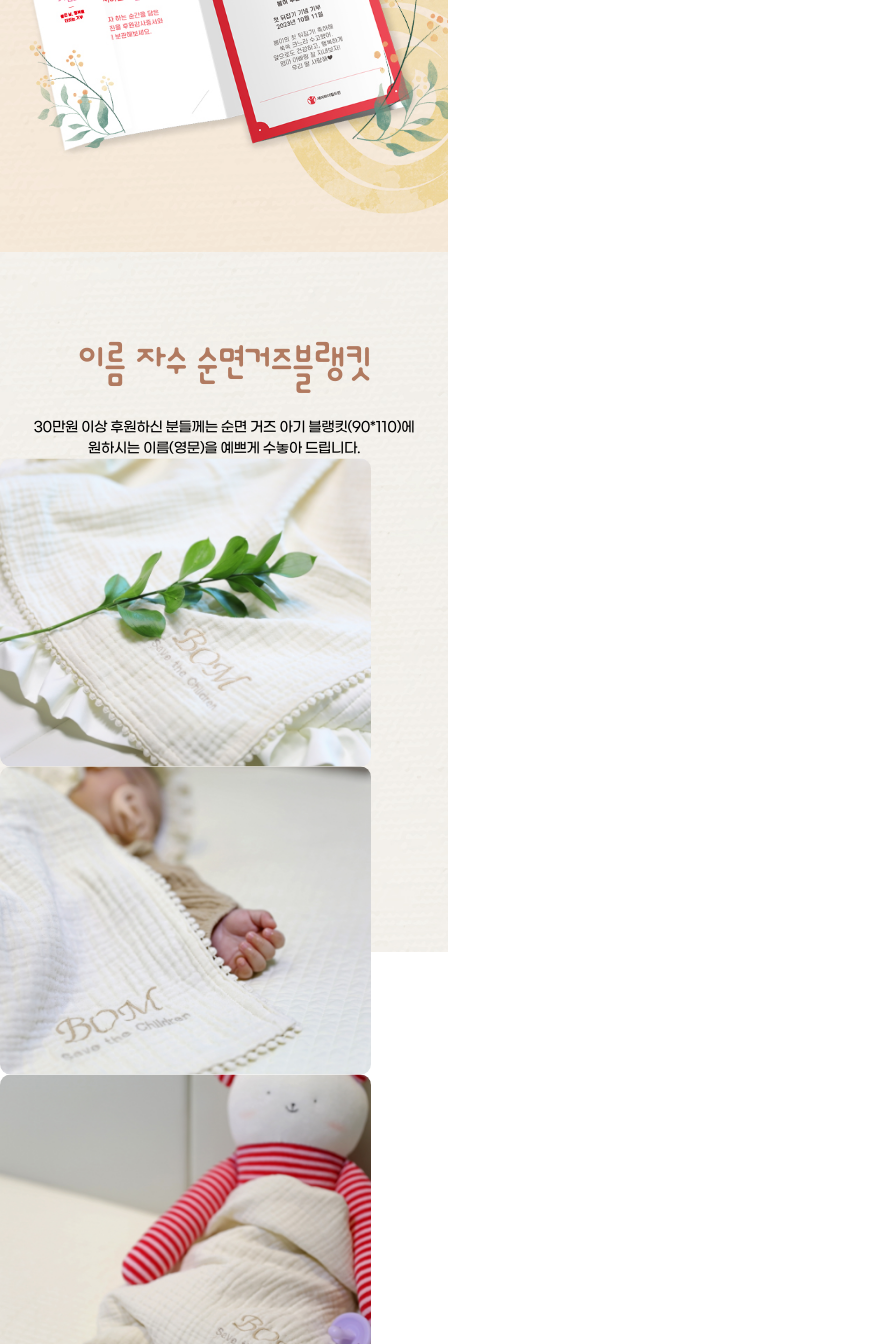
Repository: dlgywls1130/save_children_m
Page: index.html
An editor plug-in stored every save of this project. The page is shown before and after the next save, followed by the edit.
The browser window is 1280 px wide. The pictures show the part of the page from y = 4580 to 6500 px (the page is 9918 px tall), at 70% of full size.

Above is the page before, as saved 2023-12-13 19:24:34.

### index.html
<!DOCTYPE html>
<html lang="en">
<head>
    <meta charset="UTF-8">
    <meta name="viewport" content="width=device-width, initial-scale=1.0">
    <title>세이브더칠드런</title>

    <link rel="stylesheet" href="./css/reset.css">
    <link rel="stylesheet" href="./css/style.css">

</head>
<body>
    <div class="content_body">
        <section class="section_wrapper section01">
            <div class="se01 se_wrapper">
                <div class="se01_sub">
                    <div class="sub_logo">
                        <img src="./img/logo01.png" alt="logo">
                    </div>
                    <p>우리 아기 좋은 날 기부</p>
                </div>
                <p class="seo01_title">
                    아가야,
                </p>
                <p class="seo01_title_two">
                    너의 <span id="rollingText">탄생</span> 순간을 축하해!
                </p>
                <p class="section_descript mb-45">
                    아이의 건강과 행복을
                    <br>바라는 마음을 담아,
                    <br>탄생, 백일, 첫 걸음마, 첫돌 등
                    <br>내 아이의 소중한 순간을
                    <br>기부로 기념해보세요.
                    <br>함께 자라나는 다른 아이들
                    <br>에게도 큰 축복이 됩니다..
                </p>

                <a class="donation_link" href="javascript:void(0)">우리 아기 좋은 날 기부</a>
            </div>
        </section>
        <section class="section_wrapper section02">
            <div class="se02 se_wrapper">
                <div class="postit_wrapper">
                    <div class="postit postit01">
                        <p>우리 아들 우현이의<br>
                        200일을 축하해.<br>
                        건강하게 자라줘서 고마워 ❤<br>
                        늘 사랑받고 받은 사랑만큼<br>
                        베풀 수 있는 건강하고<br>
                        멋진 아들이 되길 바래!</p>
                    </div>
                    <div class="postit postit02">
                        <p>우리 새로아<Br>
                        백일 동안 무럭무럭 자라줘서<Br>
                        고마워~앞으로도 건강하고<Br>
                        우리 같이 재미있게 많이 놀자.<Br>
                        엄마,아빠가 많이 사랑해.</p>
                    </div>

                    <div class="postit postit05">
                        <p>사랑하는 도현이의<br>
                        첫 어린이날과 첫돌을<br>
                        기념하며, <br>
                        이웃을 사랑하는<br>
                        멋진 사람으로 자라길</p>

                    </div>
                    <div class="postit postit04">
                        <p>보미야<br>
                        첫 번째 생일 축하해<br>
                        너의 존재가 온 세상에<br>
                        봄이길 바랄게!   </p>
                    </div>

                    <div class="postit postit03">
                        <p>서진아<br>
                        우리에게 와줘서 고마워<br>
                        건강하고 행복하게 자라렴.<br>
                        사랑해♡      </p>
                    </div>

                </div>

            </div>
        </section>
        <section class="section_wrapper section03">
            <div class="se_wrapper se03">
                <div class="se_title_co">
                    아기의 좋은 날을<br> 기념해 주신 모든 분들께
                    <br>후원감사증서를 보내드립니다.
                </div>
                <div class="se_sub_co">
                    후원감사증서는<Br> 아기에게 남기고 싶은 메시지와 아기의 좋은 날이 담긴 사진을<br> 보관할 수 있도록
                    만들어드립니다.<br> 먼 훗날, 아기가 성장해 읽게 될 날을 그리며 편지를 써보세요.
                </div>
            </div>

        </section>
        <section class="section_wrapper section04">
            <div class="se_wrapper se04">
                <div class="se_title_co">
                    이름 자수 순면거즈블랭킷
                </div>
                <div class="se_sub_co">
                    30만원 이상 후원하신 분들께는 순면 거즈 아기 블랭킷(90*110)에
                    <Br>원하시는 이름(영문)을 예쁘게 수놓아 드립니다.
                </div>

                <div class="se04_slide mt-85">
                    <div class="se04_slide_list">
                        <img src="./img/slide01.jpg">
                    </div>
                    <div class="se04_slide_list">
                        <img src="./img/slide02.jpg">
                    </div>
                    <div class="se04_slide_list">
                        <img src="./img/slide03.jpg">
                    </div>
                </div>
            </div>
        </section>
        <section class="section_wrapper section05">
            <div class="se_wrapper se05">
                <div class="se_title_co">
                    후원신청 과정
                </div>

                <div class="se_step_list">
                    <div class="se_step">
                        <p class="step_number">1</p>
                        <div class="step_ico">
                            <img src="./img/icon01.png" alt="img">
                        </div>
                        <p class="step_descript">
                            후원신청하기
                        </p>
                    </div>
                    <div class="se_step">
                        <p class="step_number">2</p>
                        <div class="step_ico">
                            <img src="./img/icon02.png" alt="img">
                        </div>
                        <p class="step_descript">
                            후원감사증서
                            <br>메시지 적기
                        </p>
                    </div>
                    <div class="se_step">
                        <p class="step_number">3</p>
                        <div class="step_ico">
                            <img src="./img/icon03.png" alt="img">
                        </div>
                        <p class="step_descript">
                            신청완료
                        </p>
                    </div>
                    <div class="se_step">
                        <p class="step_number">4</p>
                        <div class="step_ico">
                            <img src="./img/icon04.png" alt="img">
                        </div>
                        <p class="step_descript">
                            후원감사증서 발송
                            <Br>(1주 이내)
                        </p>
                    </div>
                </div>

                <div class="se_sub_co mt-100">
                    30만원 이상 후원해 주신 경우,
                    <br>감사 선물 수령 주소 및 아기 블랭킷에 새겨질 문구 확인을 위한 문자가 발송됩니다.
                </div>

                <a class="donation_link" href="javascript:void(0)">우리 아기 좋은 날 기부</a>
            </div>

        </section>
        <section class="section_wrapper section06">
            <div class="se_wrapper se06">
                <div class="se_title_co">
                    후원금, 이렇게 쓰여요!
                </div>
                <div class="se_sub_co">
                    세이브더칠드런은 <span>국내외 아동을 위한 교육,
                    <Br>보호, 보건영양지원, 아동권리옹호</span> 등의 활동을 해나가고 있습니다.
                </div>
                <div class="se_sub_co">
                    보내주신 후원금은 정치, 종교, 인종에 관계없이 모든 아이를 구해야 한다는
                    <Br>세이브더칠드런의 신념에 따라 <span>가장 도움 필요한 아이를 위해 우선 사용</span>됩니다.
                </div>
            </div>

        </section>
        <section class="section_wrapper section07">
            <div class="se_wrapper se07">
                <div class="se_title_co">
                    FAQ
                </div>
                <div class="accordion">
                    <div class="accordion-item">
                        <h3 class="title">
                            <span>1. 30만원 이상 후원했습니다. 거즈 순면 블랭킷은 언제 오나요?</span>
                            <img src="./img/top.png">
                        </h3>
                        <p class="paragraph">
                            우리아기 축하기부로 30만원 이상 후원자님들께는 담요에 수놓을 아기 이름과
                            <Br>선물 수령 주소 확인을 위한 문자가 발송됩니다.
                            <br>02-6900-4479로 발송되는 문자 속 설문조사에 답해주세요.
                            <br>확인을 완료하신 분들께는 블랭킷 제작을 담당하고 있는 조니 스튜디오에서
                            <br>아기 이름 자수 작업 완료 후 배송해 드립니다.

                        </p>
                    </div>
                    <div class="accordion-item">
                        <h3 class="title">
                            <span>2. 거즈 순면 블랭킷, 안전한 제품인가요?</span>
                            <img src="./img/top.png">
                        </h3>
                        <p class="paragraph">
                            본 블랭킷은 워싱된 3중 거즈로 제작되었으며, KC안전검사를 완료하였습니다.
                            소재 특성상 섬유 조각이 발생할 수 있어 망에 넣지 않고 3번 정도 물빨래 하시는 것을 권장합니다.

                        </p>
                    </div>
                    <div class="accordion-item">
                        <h3 class="title">
                            <span>3. 거즈 순면 블랭킷을 받았는 데 하자가 있어요. 어떻게 해야 하나요? </span>
                            <img src="./img/top.png">
                        </h3>
                        <p class="paragraph">
                            070-4220-4123 (조니스튜디오 CS)로 전화 연락 부탁드립니다. 하자 물품에 대한 교환은 수령일로부터 7일 이내에 조니스튜디오에 연락해주셔야 하며, 이로 인한 후원금 환불은 어렵습니다.
                        </p>
                    </div>
                    <div class="accordion-item">
                        <h3 class="title">
                            <span>4. 후원감사증서에 넣을 수 있는 사진 사이즈는 얼마인가요?</span>
                            <img src="./img/top.png">
                        </h3>
                        <p class="paragraph">
                            사진 인화 사이즈 5*7 인치에 맞추어서 제작되었습니다.  그보다 작은 사진일 경우, 후원감사증서
                            내부의 주머니에 넣어 보관하실 수도  있습니다.

                        </p>
                    </div>
                </div>
            </div>

        </section>
        <section class="section_wrapper section08">
            <div class="se_wrapper se08">
                <div class="se08_postion">
                    <p class="se08_title">우리 아기 좋은 날 기부</p>
                    <p class="se08_descript">
                        탄생, 백일, 첫 걸음마, 첫돌...
                        <br>소중한 우리 아기의 성장을 기념해 보세요!
                        <br>아기의 좋은 날이 모여 세상의 행복이 됩니다.
                    </p>
                    <a href="javascript:void(0)" class="more_btn">
                        <p>자세히보기</p>
                        <svg xmlns="http://www.w3.org/2000/svg" width="16" height="16" fill="currentColor" class="bi bi-chevron-right" viewBox="0 0 16 16">
                            <path fill-rule="evenodd" d="M4.646 1.646a.5.5 0 0 1 .708 0l6 6a.5.5 0 0 1 0 .708l-6 6a.5.5 0 0 1-.708-.708L10.293 8 4.646 2.354a.5.5 0 0 1 0-.708z"/>
                        </svg>
                    </a>
                </div>

            </div>
        </section>
    </div>

    <script src="https://ajax.googleapis.com/ajax/libs/jquery/1.12.4/jquery.min.js"></script>
    <script src="./js/main.js"></script>
</body>
</html>

### css/reset.css


html, body, div, span, applet, object, iframe,
h1, h2, h3, h4, h5, h6, p, blockquote, pre,
a, abbr, acronym, address, big, cite, code,
del, dfn, em, img, ins, kbd, q, s, samp,
small, strike, strong, sub, sup, tt, var,
b, u, i, center,
dl, dt, dd, ol, ul, li,
fieldset, form, label, legend,
table, caption, tbody, tfoot, thead, tr, th, td,
article, aside, canvas, details, embed,
figure, figcaption, footer, header, hgroup,
menu, nav, output, ruby, section, summary,
time, mark, audio, video {
	margin: 0;
	padding: 0;
	border: 0;
	font-size: 100%;
	font: inherit;
	vertical-align: baseline;
}

article, aside, details, figcaption, figure,
footer, header, hgroup, menu, nav, section {
	display: block;
}
body {
	line-height: 1;
}
ol, ul {
	list-style: none;
}
blockquote, q {
	quotes: none;
}
blockquote:before, blockquote:after,
q:before, q:after {
	content: '';
	content: none;
}
table {
	border-collapse: collapse;
	border-spacing: 0;
}

### css/style.css

/* root */
:root{
    --main-color:#B17A60;
    --pink-color:#F79497;
}


/* font */

/* dongle */
@font-face {
    font-family: 'Dongle';
    font-weight: 300;
    src: url('../font/Dongle-Light.ttf') format('ttf'),
    url('../font/Dongle-Light.woff') format('woff');
}

@font-face {
    font-family: 'Dongle';
    font-weight: 500;
    src: url('../font/Dongle-Regular.ttf') format('ttf'),
    url('../font/Dongle-Regular.woff') format('woff');
}

@font-face {
    font-family: 'Dongle';
    font-weight: 700;
    src: url('../font/Dongle-Bold.ttf') format('ttf'),
    url('../font/Dongle-Bold.woff') format('woff');
}


/* Gmarket */
@font-face {
    font-family: 'GmarketSans';
    font-weight: 300;
    src: url('../font/GmarketSansLight.ttf') format('ttf'),
    url('../font/GmarketSansLight.woff') format('woff');
}

@font-face {
    font-family: 'GmarketSans';
    font-weight: 500;
    src: url('../font/GmarketSansMedium.ttf') format('ttf'),
    url('../font/GmarketSansMedium.woff') format('woff');
}

@font-face {
    font-family: 'GmarketSans';
    font-weight: 700;
    src: url('../font/GmarketSansBold.ttf') format('ttf'),
    url('../font/GmarketSansBold.woff') format('woff');
}


/* nanumsqure */

@font-face {
    font-family: 'NanumSquare';
    font-weight: 400;
    src: url('../font/NanumSquareL.ttf') format('ttf'),
    url('../font/NanumSquareL.woff') format('woff');
}

@font-face {
    font-family: 'NanumSquare';
    font-weight: 500;
    src: url('../font/NanumSquareR.ttf') format('ttf'),
    url('../font/NanumSquareR.woff') format('woff');
}

@font-face {
    font-family: 'NanumSquare';
    font-weight: 600;
    src: url('../font/NanumSquareB.ttf') format('ttf'),
    url('../font/NanumSquareB.woff') format('woff');
}

@font-face {
    font-family: 'NanumSquare';
    font-weight: 700;
    src: url('../font/NanumSquareEB.ttf') format('ttf'),
    url('../font/NanumSquareEB.woff') format('woff');
}



/* scdream5 */
@font-face {
    font-family: 'SCDream5';
    src: url('../font/SCDream5.woff') format('woff'),
    url('../font/SCDream5.ttf') format('ttf'),
    url('../font/SCDream5.otf') format('otf');
}


.section_wrapper{
    max-width:1920px;
    width: 100%;

}

.se_wrapper{
    max-width: 640px;
    width: 100%;
    position: relative;
    box-sizing: border-box;
}


/* section01 */


.section01{
    background: url('../img/back01.jpg') no-repeat;
    height: 940px;

}

.se01{
    padding: 145px 10px 92px 60px;
    box-sizing: border-box;
}
.se01_sub{
    display: flex;
    align-items: center;
    margin-bottom: 70px;
}

.sub_logo{
    width: 125px;
    height: 40px;
    margin-right: 10px;
}

.sub_logo img{
    width: 100%;
    height: 100%;
    object-fit: contain;
}

.se01_sub p{
    width: 190px;
    height: 30px;
    background: #B17A60;
    border-radius: 15px;
    display: flex;
    align-items: center;
    justify-content: center;
    letter-spacing: -0.03em;
    font-size: 15px;
    font-weight: 700;
    font-family: 'GmarketSans',sans-serif;
    color: #fff;
}

.seo01_title{
    font-family: 'Dongle',sans-serif;
    font-weight: 500;
    font-size: 120px;
    color: var(--main-color);
    letter-spacing: -0.03em;
}

.seo01_title_two{
    font-family: 'Dongle',sans-serif;
    font-weight: 500;
    font-size: 90px;
    color: var(--main-color);
    letter-spacing: -0.03em;
    margin-top: -7%;
    margin-bottom: 50px;
    display: flex;
    align-items: center;
}

.seo01_title_two span{
    margin: 0 1.5rem;
}
.section_descript{
    font-size: 20x;
    line-height: 30px;
    font-family: 'GmarketSans';
    font-weight: 500;
    letter-spacing: -0.03em;
    color: #000;
}

.donation_link{
    width: 300px;
    height: 50px;
    border-radius: 100px;
    display: flex;
    align-items: center;
    justify-content: center;
    background: var(--pink-color);
    color: #fff;
    font-family: 'GmarketSans';
    font-size: 20px;
    font-weight: 700;
    letter-spacing: -0.03em;
    text-decoration: none;
    margin: 145px auto 0;
}


@keyframes roll {
    from {
        transform: translateY(40%);
        opacity: 0;
    }
    to {
        transform: translateY(0);
        opacity: 1;
    }
  }


  #rollingText.animate-text {
    animation: roll 0.5s ease-in-out;
}

/* section02 */

.section02{
    height: 2800px;
    background: url('../img/back02.jpg') no-repeat;
}

.se02{
    box-sizing: border-box;
    height: 100%;
}
.postit_wrapper{
    width: 100%;
    padding: 76px 60px 96px;
    position: relative;
    display: flex;
    flex-direction: column;
    align-items: center;
}

.ex_text{
    font-family: 'GmarketSans';
    font-size: 20px;
    font-weight: 500;
    letter-spacing: -0.03em;
}


.postit p{
    font-family: 'SCDream5';
    font-size: 23px;
    line-height: 35px;
    text-align: center;
    display: flex;
    justify-content: center;
    align-items: center;
    height: 100%;
}

.postit01{
    background:url('../img/post04.png') no-repeat;
    width: 520px;
    height: 520px;
    background-size: contain;
    box-sizing: border-box;
}

.postit01 p{
    transform: rotate(358deg);
    padding-top: 20px;
}

.postit02{
    background: url('../img/post05.png') no-repeat;
    width: 510px;
    height: 510px;
    background-size: contain;
    box-sizing: border-box;
    margin-top: -19%;
}

.postit02 p{
    transform: rotate(10deg);
    padding-top: 20px;
}

.postit03{
    background:url('../img/post02.png') no-repeat;
    width: 459px;
    height: 459px;
    background-size: contain;
    box-sizing: border-box;
    margin-top: -25%;
    transform: rotate(-14deg);
}

.postit03 p{
    transform: rotate(7deg);
    padding-top: 20px;
}

.postit04{
    background: url(../img/post03.png) no-repeat;
    width: 440px;
    height: 440px;
    background-size: cover;
    box-sizing: border-box;
    margin-top: -24%;
    transform: rotate(14deg);
}

.postit04 p{
    transform: rotate(354deg);
}

.postit05{
    background:url('../img/post01.png') no-repeat;
    width: 460px;
    height: 460px;
    background-size: contain;
    box-sizing: border-box;
    margin-top: -22%;
}

.postit05 p{
    transform: rotate(-9deg);
    padding-top: 20px;
}

/* section03 */

.section03{
    height: 1200px;
    background: url('../img/back03.jpg') no-repeat;
}

.se03{
    padding: 200px 60px 96px;
    box-sizing: border-box;
    height: 100%;
}


.se_title_co{
    font-size: 80px;
    line-height: 80px;
    letter-spacing: -0.03em;
    font-family: 'Dongle';
    font-weight: 500;
    color: var(--main-color);
    text-align: center;
}

.se_sub_co{
    font-size: 20px;
    letter-spacing: -0.03em;
    line-height: 30px;
    font-family: 'GmarketSans';
    font-weight: 500;
    text-align: center;
    margin-top: 35px;
}

/* section04 */

.section04{
    height: 1740px;
    background: url('../img/back07.jpg') no-repeat;
}

.se04{
    padding: 120px 0 130px;
    box-sizing: border-box;
    height: 100%;
}

.se04_slide{
    width: 944px;
    margin: 0 auto;
}


.se04_slide_list{
    width: 530px;
    height: 440px;
    border-radius: 9px;
}

.se04_slide_list img{
    width:100%;
height: 100%;
object-fit: cover;
border-radius: 15px;
}
/* section05 */
.section05{
    height: 1080px;
    background: url('../img/back07.jpg') no-repeat;
}

.se05{
    padding: 150px 0 140px;
    box-sizing: border-box;
    height: 100%;
}

.se_step_list{
    display: flex;
    align-content: center;
    column-gap: 88px;
    margin-top: 90px;
    position: relative;
}

.se_step_list::after{
    position: absolute;
    content: '';
    top: 38%;
    transform: translate(0,-50%);
    border-top: 2px dashed var(--pink-color);
    width: 100%;
}

.se_step_list .se_step{
    position: relative;
}

.step_number{
    font-size: 25px;
    letter-spacing: -0.03em;
    line-height: 35px;
    font-weight: 700;
    font-family: 'GmarketSans';
    position: absolute;
    left: 19%;
    top: 0;
    color: var(--main-color);
    z-index: 2;
}

.se_step_list .se_step .step_ico{
    width: 200px;
    height: 200px;
    border-radius: 50%;
    background-color: #fff;
    display: flex;
    align-items: center;
    justify-content: center;
    position: relative;
    z-index: 1;
}

.se_step_list .se_step .step_ico img {
    width: 138px;
    height: 138px;
    object-fit: contain;
    object-position: 73%;
}

.step_descript{
    font-size: 20px;
    letter-spacing: -0.03em;
    line-height: 23px;
    font-weight: 500;
    font-family: 'GmarketSans';
    text-align: center;
    margin-top: 20px;
    color: var(--main-color);
}

.se_step_list .se_step:first-child .step_ico::before{
    display: none;
}

.se_step_list .se_step:last-child .step_ico::after{
    display: none;
}

.se_step_list .step_ico::before{
    position: absolute;
    content: '';
    top: 50%;
    left: -5px;
    transform: translate(0,-50%);
    width: 10px;
    height: 10px;
    border-radius: 50%;
    background-color: var(--pink-color);
}


.se_step_list .step_ico::after{
    position: absolute;
    content: '';
    top: 50%;
    right: -5px;
    transform: translate(0,-50%);
    width: 10px;
    height: 10px;
    border-radius: 50%;
    background-color: var(--pink-color);
}

/* section06 */
.section06{
    height:700px;
    background: url('../img/back06.jpg') no-repeat;
}

.se06{
    padding: 150px 0;
    height: 100%;
    box-sizing: border-box;
}


.se_sub_co span{
    font-weight: 700;
}
/* section07 */

.section07{
    height:1080px;
    background: url('../img/back02.jpg') no-repeat;
}

.se07{
    padding: 100px 0;
    height: 100%;
    box-sizing: border-box;
}


.accordion{
    margin-top: 80px;
}
.accordion-item {
    padding:15px 0;
    margin: 0;
    overflow: hidden;
}

.accordion-item .title {
    display: flex;
    justify-content: space-between;
    align-items: center;
    font-weight: 700;
    font-size: 30px;
    letter-spacing: -0.03em;
    cursor: pointer;
    width: 100%;
    height: 80px;
    border-radius: 50px;
    background-color: #fff;
    color: var(--main-color);
    padding: 0 30px;
    font-family: 'GmarketSans';
    box-sizing: border-box;
}

.accordion-item .title img {
    font-size: 0.9rem;
    color: #454545;
    transform: rotate(0);
    transition: transform 0.15s ease;
}

.accordion-item .paragraph {
    font-weight: 500;
    font-size: 25px;
    letter-spacing: -0.03em;
    color: #000;
    display: none;
    padding: 50px 70px 35px;
    list-style: inside;
    line-height: 50px;
    font-family: 'GmarketSans';
}

.accordion-item .paragraph .indent{
    text-indent: 1rem;
}


.accordion-item .paragraph span{
    font-weight: bold;
}

.accordion-item.active .title img{
    transform: rotate(180deg);
}

.accordion-item.active .paragraph {
    display: block;
}


/* section08 */

.section08{
    height:378px;
    background: url('../img/banner.jpg') no-repeat;
}
.se08{
    position: relative;
    height: 100%;
}

.se08_postion{
    position: absolute;
    top: 80px;
    left: 50%;
}

.se08_title{
    font-family: 'NanumSquare';
    font-weight: 600;
    font-size: 23px;
    letter-spacing: -0.05em;
    line-height: 50px;
    position: relative;
}

.se08_title::before{
    position: absolute;
    content: '';
    top: -7px;
    width: 32px;
    height: 3px;
    background-color:#543F2C;
    left: 0;
}

.se08_descript{
    font-family: 'NanumSquare';
    font-weight: 500;
    font-size: 19px;
    line-height: 28px;
    letter-spacing: -0.06em;
}

.more_btn{
    margin-top: 38px;
    width: 150px;
    height: 40px;
    background: #543F2C;
    display: flex;
    align-items: center;
    justify-content: center;
    text-decoration: none;
}

.more_btn p{
    font-family: 'NanumSquare';
    font-weight: 500;
    font-size: 18px;
    color: #fff;

}

.more_btn svg{
    fill: #fff;
}

Loaded but not shown: js/main.js (46 lines, source omitted)

After the next save:
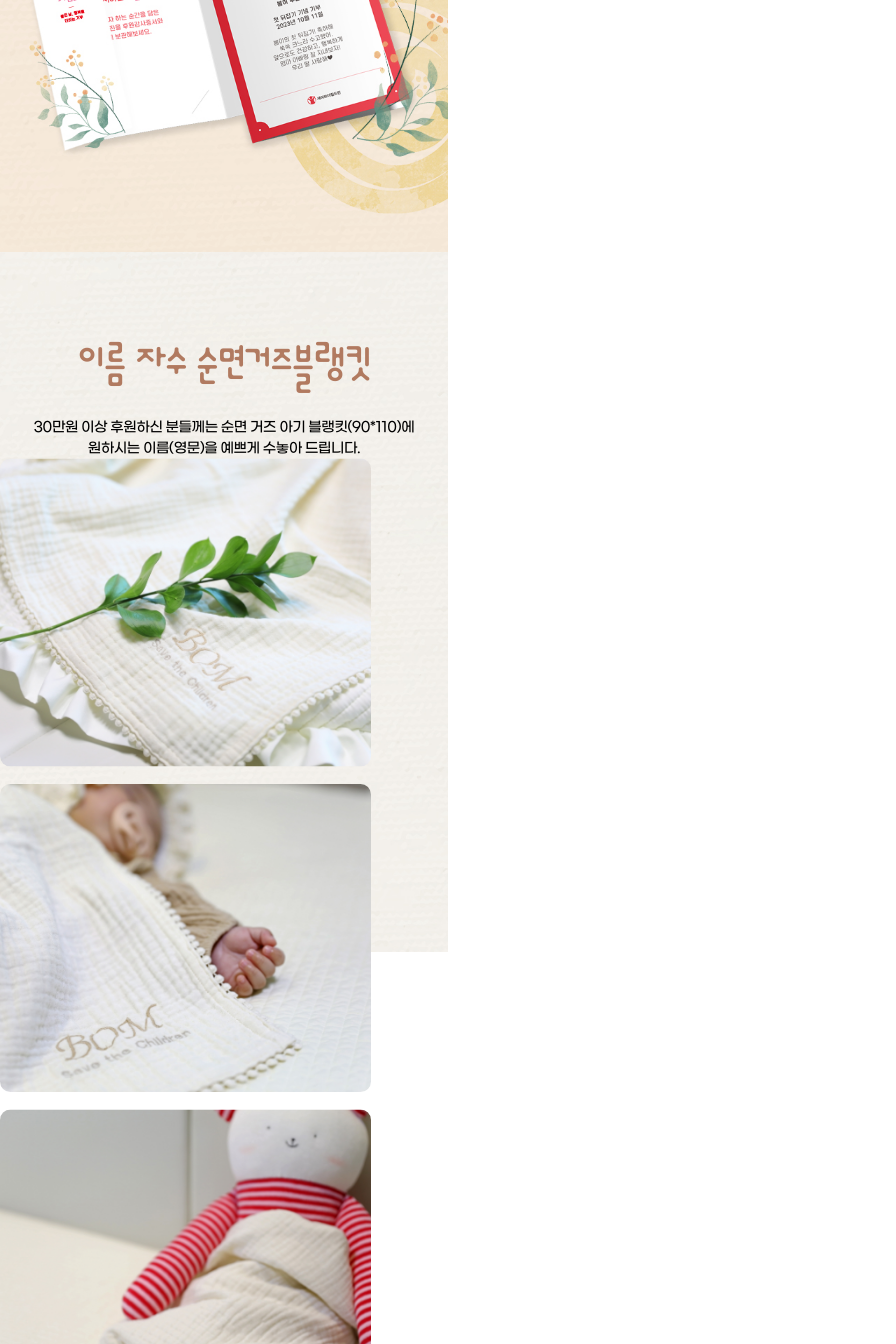
Saved 25 s later.
--- a/css/style.css
+++ b/css/style.css
@@ -387,6 +387,7 @@
     width: 530px;
     height: 440px;
     border-radius: 9px;
+    margin-bottom: 25px;
 }
 
 .se04_slide_list img{
